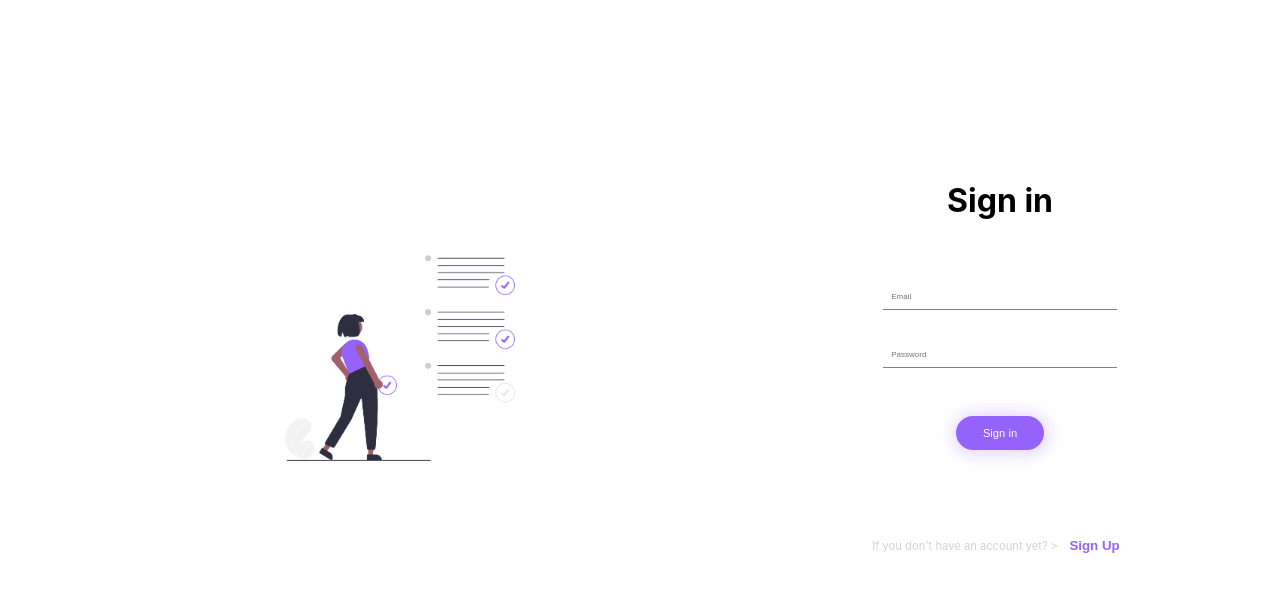
Repository: EEOOOO/wanted-pre-onboarding-fe
Page: / (app in to-do-list-app/)
These files come from the project's save history. The page is drawn as it stood at one moment and after the next save; the edit follows.
The browser window is 1280 px wide. The pictures show the whole page.
The project was rebuilt for these pictures with package versions that can differ from the ones it lists, and the page was loaded fresh each time. Also part of the build but not shown: to-do-list-app/src/components/sign_up/sign_up.module.css, to-do-list-app/src/components/sign_up/sign_up.jsx, to-do-list-app/src/components/todoList/todo_list.jsx.

Above is the page before, as saved 2022-08-22 00:53:22.

### to-do-list-app/public/index.html
<!DOCTYPE html>
<html lang="en">
  <head>
    <meta charset="utf-8" />
    <link rel="icon" href="%PUBLIC_URL%/logo.png" />
    <meta name="viewport" content="width=device-width, initial-scale=1" />
    <meta name="theme-color" content="#000000" />
    <meta
      name="description"
      content="Web site created using create-react-app"
    />
    <link rel="apple-touch-icon" href="%PUBLIC_URL%/logo.png" />
    <link rel="manifest" href="%PUBLIC_URL%/manifest.json" />
    <title>Todo List App</title>
  </head>
  <body>
    <div id="root"></div>
  </body>
</html>

### to-do-list-app/src/App.js
import style from './app.module.css';
import { Routes, Route } from 'react-router-dom'
import Login from './components/login/login';
import TodoList from './components/todoList/todo_list';

function App() {
  return <div className={style.App}>
    <Routes>
      <Route path="/" element={<Login/>}></Route>
      <Route path="todo" element={<TodoList/>}></Route>
    </Routes>
  </div>
}

export default App;

### to-do-list-app/src/components/login/login.jsx
import React, { useState } from 'react';
import SignIn from '../sign_in/sign_in';
import SignUp from '../sign_up/sign_up';
import style from '../login/login.module.css';
import loginImage from '../login/login_img.png';

const Login = (props) => {
    const goTosignUp = () => {
        setViewableScreen(<SignUp/>)
    }
    const signIn = <SignIn goToSignUp={goTosignUp}/>
    let [viewableScreen, setViewableScreen] = useState(signIn);
    return (
        <div className={style.login}>
            <div className={style.cover}>
                <img src={loginImage} className={style.coverImage}/>
            </div>
            <div className={style.inputContainer}>{viewableScreen}</div>
        </div>
    )
}

export default Login;

### to-do-list-app/src/components/sign_in/sign_in.jsx
import React from 'react';
import LoginInputForm from '../login_input_form/login_input_form';
import style from '../sign_in/sign_in.module.css'

const SignIn = ({goToSignUp}) => {
    const handleSignInSubmit = (event) => {
        //event.preventDefault();
        console.log(event);
    }
    return(
        <div className={style.signIn}>
            <h1>Sign in</h1>
            <LoginInputForm handleSubmit={handleSignInSubmit} submitContent={'Sign in'}/>
            <span className={style.signUpText}>If you don't have an account yet? &gt; </span>
            <button className={style.signUpButton} onClick={goToSignUp}>Sign Up</button>
        </div>
    )
}

export default SignIn;

### to-do-list-app/src/components/login/login.module.css
.login {
  display: flex;
  height: 100vh;
  justify-content: space-evenly;
  align-items: center;
}
.inputContainer {
  width: 50%;
  min-width: 235px;
  max-width: 400px;
}
.cover {
  width: 50%;
}
.coverImage {
  width: 50%;
  height: 50%;
}

### to-do-list-app/src/components/login_input_form/login_input_form.jsx
import React from 'react';
import style from '../login_input_form/login_input_form.module.css';
const LoginInputForm = ({handleSubmit, submitContent}) => {
    return (
    <form className={style.inputForm} onSubmit={handleSubmit}>
        <div className={style.email}>
            <input
            type="text"
            className={style.inputEmail}
            placeholder='Email'></input>
        </div>
        <div className={style.password}>
            <input
            type="text"
            className={style.inputPassWord}
            placeholder='Password'></input>
        </div>
        <button type="submit" className={style.submitButton}>{submitContent}</button>
    </form>
    );
};

export default LoginInputForm;

### to-do-list-app/src/components/sign_in/sign_in.module.css
.signIn {
  padding: 1rem;
}
.signUpText {
  color: lightGrey;
  font-size: 0.7rem;
}
.signUpButton {
  background-color: transparent;
  border: none;
  padding: 0.5rem;
  color: rgb(149, 99, 251);
  font-weight: 600;
}

### to-do-list-app/src/components/login_input_form/login_input_form.module.css
.inputForm {
  margin: 3rem;
}
.email,
.password {
  display: flex;
  flex-direction: column;
  align-items: center;
}
input {
  width: 80%;
  font-size: 0.5rem;
  padding: 0.5rem;
  margin: 1rem;
  border: none;
  border-bottom: 0.5px solid gray;
}
.submitButton {
  background-color: rgb(149, 99, 251);
  font-size: 0.7rem;
  color: white;
  border: none;
  padding: 0.7rem 1.7rem;
  border-radius: 17px;
  margin: 2rem 1rem;
  -webkit-box-shadow: 1px 1px 15px 5px rgba(149, 99, 251, 0.23);
  box-shadow: 1px 1px 15px 5px rgba(149, 99, 251, 0.23);
  cursor: pointer;
  transition: transform 200ms ease-in;
}
.submitButton:hover {
  transform: scale(1.05);
}

Loaded but not shown: to-do-list-app/src/index.js (common file); to-do-list-app/src/index.css (common file); to-do-list-app/src/reportWebVitals.js (common file); to-do-list-app/src/app.module.css (common file)

After the next save:
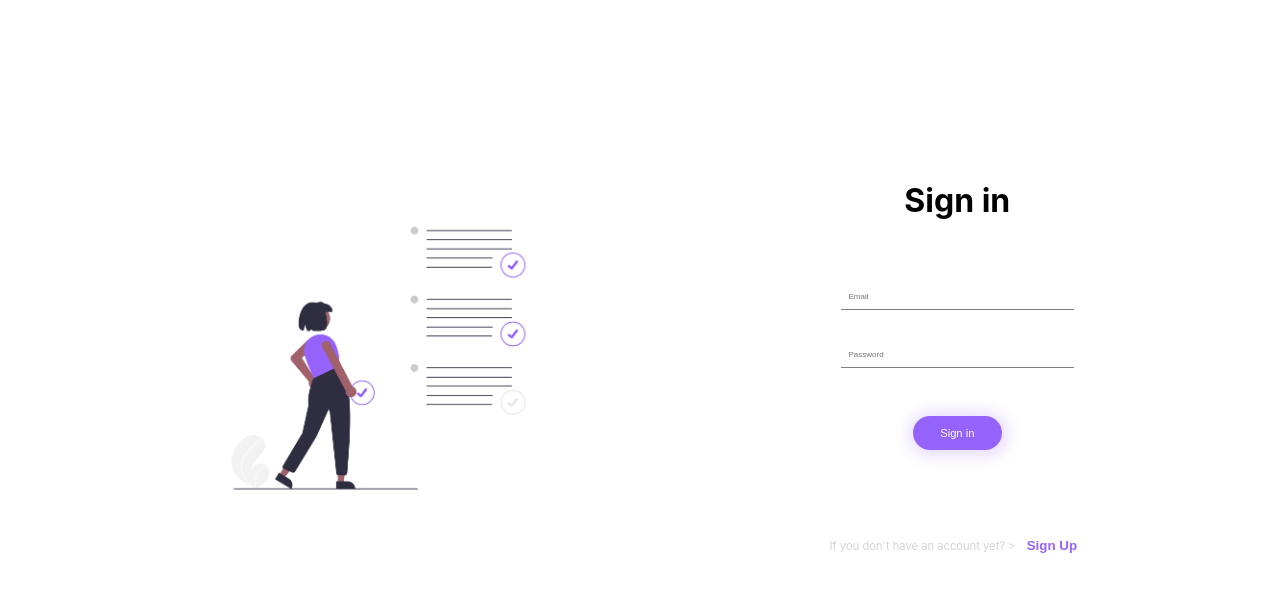
Saved 12 s later.
--- a/to-do-list-app/src/components/login/login.module.css
+++ b/to-do-list-app/src/components/login/login.module.css
@@ -5,14 +5,14 @@
   align-items: center;
 }
 .inputContainer {
-  width: 50%;
+  width: 60%;
   min-width: 235px;
   max-width: 400px;
 }
 .cover {
-  width: 50%;
+  width: 40%;
 }
 .coverImage {
-  width: 50%;
-  height: 50%;
+  width: 80%;
+  height: 80%;
 }
